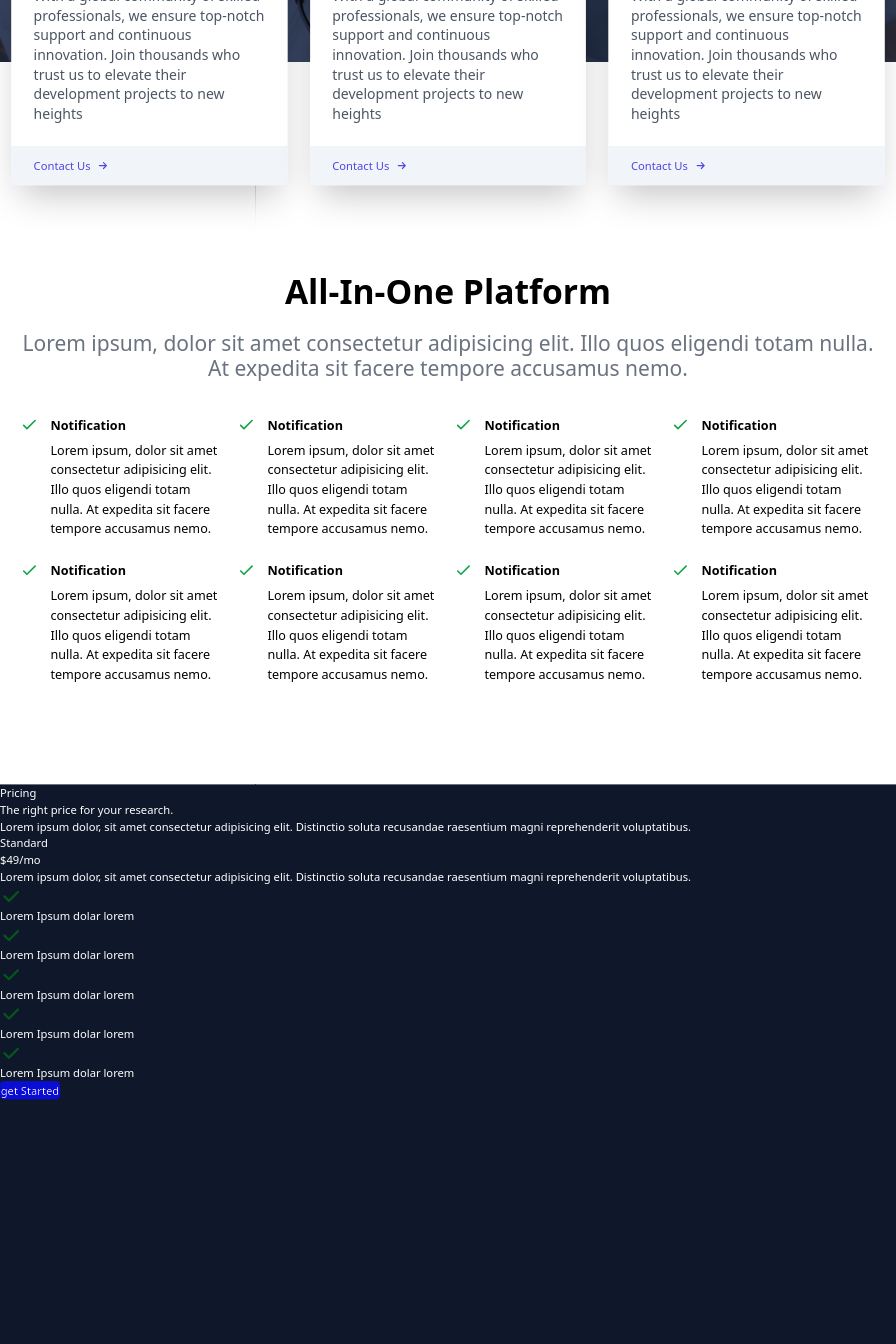
Repository: adrcstro/react-project-2
Page: /
These files come from the project's save history. The page is drawn as it stood at one moment and after the next save; the edit follows.
The browser window is 1280 px wide. The pictures show the part of the page from y = 1882 to 3802 px (the page is 3802 px tall), at 70% of full size.
The project was rebuilt for these pictures with package versions that can differ from the ones it lists, and the page was loaded fresh each time.

Above is the page before, as saved 2024-08-16 07:47:10.

### src/index.js
import React from 'react';
import ReactDOM from 'react-dom/client';
import './index.css';
import App from './App';

const root = ReactDOM.createRoot(document.getElementById('root'));
root.render(

    <App />

);

### src/index.css
@tailwind base;
@tailwind components;
@tailwind utilities;

@layer base{
    li{
       @apply p-4
    }
    button{
        @apply text-white border bg-indigo-600 border-indigo-600
        hover:bg-transparent hover:text-indigo-600 rounded-md
    }
}

### src/App.js
import About from "./components/About";
import AllinOne from "./components/AllinOne";
import Hero from "./components/Hero";
import Navbar from "./components/Navbar";
import Pricing from "./components/Pricing";
import Support from "./components/Support";



function App() {
  return (
    <>
<Navbar/>
<Hero/>
<About />
<Support />
<AllinOne/>
<Pricing />
    </>

  );
}

export default App;

### src/components/About.jsx
import React from 'react'

function About() {
  return (
    <div className='w-full my-32'>
        <div className='max-w-[1240px] mx-auto'>
          <div className='text-center'>
            <h2 className='text-5xl font-bold'>Trusted by developers across the world</h2>
            <p className='text-3xl py6 text-gray-500 px-3'>Trusted by developers across the world, our platform stands as a reliable choice for building robust
             applications. With a global community of skilled professionals.</p>
          </div>

          <div className='grid md:grid-cols-3 gap-3 px-2 text-center mt-4'>
             <div className='border py-8 rounded-xl shadow-xl'>
              <p className='text-6xl font-bold text-indigo-600'>100%</p>
              <p className='text-gray-400 mt-2'>Completion</p>
             </div>
             <div className='border py-8 rounded-xl shadow-xl'>
              <p className='text-6xl font-bold text-indigo-600'>24/7</p>
              <p className='text-gray-400 mt-2'>Delivery</p>
             </div>
             <div className='border py-8 rounded-xl shadow-xl'>
              <p className='text-6xl font-bold text-indigo-600'>100K</p>
              <p  className='text-gray-400 mt-2'>Transaction</p>
             </div>
          </div>
        </div>
    </div>
  )
}

export default About

### src/components/AllinOne.jsx
import React from 'react'
import { CheckIcon } from '@heroicons/react/outline'
function AllinOne() {
  return (
    <div className='w-full my-32'>
        <div className='max-w-[1240px] mx-auto px-2'>
            <h2 className='text-5xl font-bold text-center'>All-In-One Platform</h2>
            <p className='text-3xl py-8 text-gray-500 text-center'>Lorem ipsum, dolor sit amet consectetur adipisicing elit. Illo quos eligendi
            totam nulla. At expedita sit facere tempore accusamus nemo.</p>
        <div className='grid sm:grid-cols-2 lg:grid-cols-4 gap-4 pt-4'>

            <div>
                <div className='flex'>
                <div>
                <CheckIcon className='w-7 mr-4 text-green-600'/>
                </div>
                    <div className=''>
                        <h3 className='font-bold text-lg'>Notification</h3>
                        <p className='text-lg pt-2 pb-4'>Lorem ipsum, dolor sit amet consectetur adipisicing elit. Illo quos eligendi
                        totam nulla. At expedita sit facere tempore accusamus nemo.</p>
                    </div>
                </div>
            </div>
            <div>
                <div className='flex'>
                <div>
                <CheckIcon className='w-7 mr-4 text-green-600'/>
                </div>
                    <div className=''>
                        <h3 className='font-bold text-lg'>Notification</h3>
                        <p className='text-lg pt-2 pb-4'>Lorem ipsum, dolor sit amet consectetur adipisicing elit. Illo quos eligendi
                        totam nulla. At expedita sit facere tempore accusamus nemo.</p>
                    </div>
                </div>
            </div>
            <div>
                <div className='flex'>
                <div>
                <CheckIcon className='w-7 mr-4 text-green-600'/>
                </div>
                    <div className=''>
                        <h3 className='font-bold text-lg'>Notification</h3>
                        <p className='text-lg pt-2 pb-4'>Lorem ipsum, dolor sit amet consectetur adipisicing elit. Illo quos eligendi
                        totam nulla. At expedita sit facere tempore accusamus nemo.</p>
                    </div>
                </div>
            </div>
            <div>
                <div className='flex'>
                <div>
                <CheckIcon className='w-7 mr-4 text-green-600'/>
                </div>
                    <div className=''>
                        <h3 className='font-bold text-lg'>Notification</h3>
                        <p className='text-lg pt-2 pb-4'>Lorem ipsum, dolor sit amet consectetur adipisicing elit. Illo quos eligendi
                        totam nulla. At expedita sit facere tempore accusamus nemo.</p>
                    </div>
                </div>
            </div>
            <div>
                <div className='flex'>
                <div>
                <CheckIcon className='w-7 mr-4 text-green-600'/>
                </div>
                    <div className=''>
                        <h3 className='font-bold text-lg'>Notification</h3>
                        <p className='text-lg pt-2 pb-4'>Lorem ipsum, dolor sit amet consectetur adipisicing elit. Illo quos eligendi
                        totam nulla. At expedita sit facere tempore accusamus nemo.</p>
                    </div>
                </div>
            </div>
            <div>
                <div className='flex'>
                <div>
                <CheckIcon className='w-7 mr-4 text-green-600'/>
                </div>
                    <div className=''>
                        <h3 className='font-bold text-lg'>Notification</h3>
                        <p className='text-lg pt-2 pb-4'>Lorem ipsum, dolor sit amet consectetur adipisicing elit. Illo quos eligendi
                        totam nulla. At expedita sit facere tempore accusamus nemo.</p>
                    </div>
                </div>
            </div>
            <div>
                <div className='flex'>
                <div>
                <CheckIcon className='w-7 mr-4 text-green-600'/>
                </div>
                    <div className=''>
                        <h3 className='font-bold text-lg'>Notification</h3>
                        <p className='text-lg pt-2 pb-4'>Lorem ipsum, dolor sit amet consectetur adipisicing elit. Illo quos eligendi
                        totam nulla. At expedita sit facere tempore accusamus nemo.</p>
                    </div>
                </div>
            </div>
            <div>
                <div className='flex'>
                <div>
                <CheckIcon className='w-7 mr-4 text-green-600'/>
                </div>
                    <div className=''>
                        <h3 className='font-bold text-lg'>Notification</h3>
                        <p className='text-lg pt-2 pb-4'>Lorem ipsum, dolor sit amet consectetur adipisicing elit. Illo quos eligendi
                        totam nulla. At expedita sit facere tempore accusamus nemo.</p>
                    </div>
                </div>
            </div>

        </div>
        </div>
    </div>
  )
}

export default AllinOne

### src/components/Hero.jsx
import React from 'react'
import {
  CloudUploadIcon,
  DatabaseIcon,
  PaperAirplaneIcon,
  ServerIcon,
} from '@heroicons/react/solid'

import bgImg from '../assets/cyber-bg.png'

function Hero() {
  return (
    <div className='w-full h-screen bg-zinc-200 flex flex-col justify-between'>
<div className='grid md:grid-cols-2 max-w-[1240px] m-auto'>
       <div className='flex flex-col justify-center md:items-start w-full px-2 py-8'>
        <p className='text-2xl'>Unique Sequencing & Production</p>
        <h1 className='py-3 text-5xl md:text-7xl font-bold'>Cloud Management</h1>
        <p className='text-2xl'>This is our Tech brand</p>
        <button className='py-3 px-6 sm:w-[60%] my-4 '>Get Started</button>
       </div>
       <div>
    <img className='w-full' src={bgImg} alt='/' />
       </div>
<div className='absolute flex flex-col py-8 md:min-w-[760px] bottom-[5%] mx-1 md:left-1/2
transform md:-translate-x-1/2 bg-zinc-200 border border-slate-300 rounded-xl text-center shadow-xl'>
  <p>Data Services</p>
  <div className='flex justify-between flex-wrap px-4'>
    <p className='flex px-4 py-2 text-slate-500'><CloudUploadIcon className='h-6 text-indigo-600' /> App Security</p>
    <p className='flex px-4 py-2 text-slate-500'><DatabaseIcon className='h-6 text-indigo-600' /> Dashboard</p>
    <p className='flex px-4 py-2 text-slate-500'><PaperAirplaneIcon className='h-6 text-indigo-600' /> Cloud Data</p>
    <p className='flex px-4 py-2 text-slate-500'><ServerIcon className='h-6 text-indigo-600' /> API</p>
  </div>
</div>
</div>
    </div>
  )
}

export default Hero

### src/components/Navbar.jsx
import React ,{useState} from 'react'
import {MenuIcon, XIcon} from '@heroicons/react/outline'

function Navbar() {

const [nav, setNav] = useState(false)
const handleClick = () => setNav(!nav)



  return (
    <div className='w-screen h-[80px] z-10 bg-zinc-200 fixed drop-shadow-lg'>
    <div className='px-2 flex justify-between items-center  w-full h-full'>
<div className='flex items-center'>
  <h1 className='text-3xl font-bold mr-4 sm:text-4xl'>BRANS.</h1>
  <ul className='hidden  md:flex'>
<li>Home</li>
<li>About</li>
<li>Support</li>
<li>Platforms</li>
<li>Pricing</li>
  </ul>
</div>
<div className='hidden md:flex pr-4'>
  <button className='border-none bg-transparent text-black mr-4'>Sign In</button>
  <button className='px-8 py-3'>Sign Up</button>
</div>

    <div  className='md:hidden mr-4' onClick={handleClick}>
    {!nav ? <MenuIcon className="w-5"/> : <XIcon className='w-5'/>}

    </div>
    </div>
<ul className={!nav ? 'hidden' : 'absolute bg-zinc-200 w-full px-8'}>
<li className='border-b-2 border-zinc-300 w-full'>Home</li>
<li className='border-b-2 border-zinc-300 w-full'>About</li>
<li className='border-b-2 border-zinc-300 w-full'>Support</li>
<li className='border-b-2 border-zinc-300 w-full'>Platforms</li>
<li className='border-b-2 border-zinc-300 w-full'>Pricing</li>
<div className='flex flex-col my-4'>
<button className='bg-transparent  text-indigo-600 px-8 py-3 mb-4'>Sign In</button>
<button className='px-8 py-3'>Sign Up</button>
</div>
</ul>

    </div>

  )
}

export default Navbar

### src/components/Pricing.jsx
import React from 'react'
import { CheckIcon } from '@heroicons/react/solid'
function Pricing() {
  return (
    <div className='w-full text-white my-24'>
        <div className='w-full h-[800px] bg-slate-900 absolute mix-blend-overlay'></div>
        <div>
        <div>
            <h2>Pricing</h2>
            <h3>The right price for your
            research.</h3>
            <p>Lorem ipsum dolor, sit amet consectetur
             adipisicing elit. Distinctio soluta recusandae
             raesentium magni reprehenderit voluptatibus.</p>
        </div>
       <div>
        <div>
            <span>Standard</span>
            <div>
                <p>$49<span>/mo</span></p>
            </div>
            <p>Lorem ipsum dolor, sit amet consectetur
             adipisicing elit. Distinctio soluta recusandae
             raesentium magni reprehenderit voluptatibus.</p>
             <div>
                <p><CheckIcon className='w-8 mr-5 text-green-600'/> Lorem Ipsum dolar lorem</p>
                <p><CheckIcon className='w-8 mr-5 text-green-600'/> Lorem Ipsum dolar lorem</p>
                <p><CheckIcon className='w-8 mr-5 text-green-600'/> Lorem Ipsum dolar lorem</p>
                <p><CheckIcon className='w-8 mr-5 text-green-600'/> Lorem Ipsum dolar lorem</p>
                <p><CheckIcon className='w-8 mr-5 text-green-600'/> Lorem Ipsum dolar lorem</p>
                <button>get Started</button>
             </div>
        </div>
       </div>



        </div>
    </div>
  )
}

export default Pricing

### src/components/Support.jsx
import React from 'react'
import {PhoneIcon, ArrowSmRightIcon} from '@heroicons/react/outline';
import {ChipIcon, SupportIcon} from '@heroicons/react/solid'

import supportImg from '../assets/support.jpg'
function Support() {
  return (
    <div className='w-full  mt-24'>
        <div className='w-full h-[700px] bg-gray-900/90 absolute'>
            <img className='w-full h-full object-cover mix-blend-overlay' src={supportImg} alt='/' />
        </div>
        <div className='w-max-w-[1240px] mx-auto text-white relative'>
            <div className='px-4 py-12'>
                <h2 className='text-3xl pt-8 text-slate-300 uppercase text-center'>Support</h2>
                <h3 className='text-5xl font-bold py-6 text-center'>Finding the right team</h3>
                <p className='py-4 text-3xl text-center text-slate-300 '>With a global community of skilled professionals, we ensure top-notch support and continuous innovation. Join thousands
                 who trust us to elevate their development projects to new heights</p>
            </div>


            <div className='grid grid-cols-1 lg:grid-cols-3 relative gap-x-8 gap-y-16 px-4 pt-12 sm:pt-20 text-black'>
            <div className='bg-white rounded-xl shadow-2xl'>
                 <div className='p-8'>
                    <PhoneIcon className='w-16 p-4 bg-indigo-600 text-white rounded-lg mt-[-4rem]'/>
                    <h3 className='font-bold text-2xl my-6'>Sales</h3>
                    <p className='text-gray-600 text-xl '>With a global community of skilled professionals, we ensure top-notch support and continuous innovation. Join thousands who trust us to elevate their development projects to new heights</p>
                 </div>
                 <div className='bg-slate-100 pl-8 py-4'>
                    <p className='flex items-center text-indigo-600'>Contact Us <ArrowSmRightIcon className='w-5 ml-2'/> </p>
                 </div>
            </div>
            <div className='bg-white rounded-xl shadow-2xl'>
                 <div className='p-8'>
                    <SupportIcon className='w-16 p-4 bg-indigo-600 text-white rounded-lg mt-[-4rem]'/>
                    <h3 className='font-bold text-2xl my-6'>Technical Support</h3>
                    <p className='text-gray-600 text-xl '>With a global community of skilled professionals, we ensure top-notch support and continuous innovation. Join thousands who trust us to elevate their development projects to new heights</p>
                 </div>
                 <div className='bg-slate-100 pl-8 py-4'>
                    <p className='flex items-center text-indigo-600'>Contact Us <ArrowSmRightIcon className='w-5 ml-2'/> </p>
                 </div>
            </div>
            <div className='bg-white rounded-xl shadow-2xl'>
                 <div className='p-8'>
                    <ChipIcon className='w-16 p-4 bg-indigo-600 text-white rounded-lg mt-[-4rem]'/>
                    <h3 className='font-bold text-2xl my-6'>Media Inquiries</h3>
                    <p className='text-gray-600 text-xl '>With a global community of skilled professionals, we ensure top-notch support and continuous innovation. Join thousands who trust us to elevate their development projects to new heights</p>
                 </div>
                 <div className='bg-slate-100 pl-8 py-4'>
                    <p className='flex items-center text-indigo-600'>Contact Us <ArrowSmRightIcon className='w-5 ml-2'/> </p>
                 </div>
            </div>
        </div>
    </div>
    </div>
  )
}

export default Support

Loaded but not shown: public/index.html (common file); tailwind.config.js (common file)

After the next save:
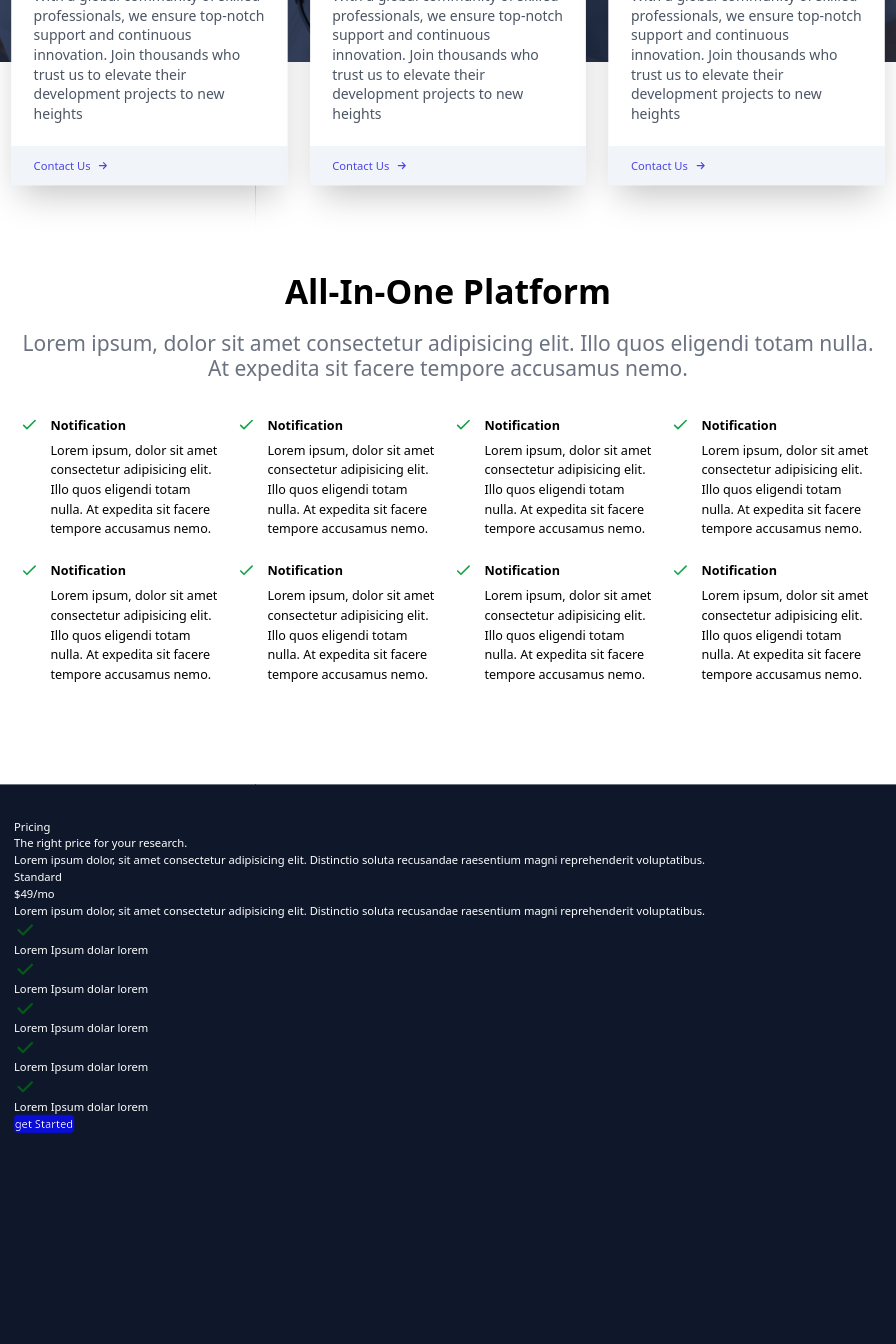
Saved 41 s later.
--- a/src/components/Pricing.jsx
+++ b/src/components/Pricing.jsx
@@ -4,7 +4,7 @@ function Pricing() {
   return (
     <div className='w-full text-white my-24'>
         <div className='w-full h-[800px] bg-slate-900 absolute mix-blend-overlay'></div>
-        <div>
+        <div className='max-w-[1240px] mx-auto py-12'>
         <div>
             <h2>Pricing</h2>
             <h3>The right price for your
